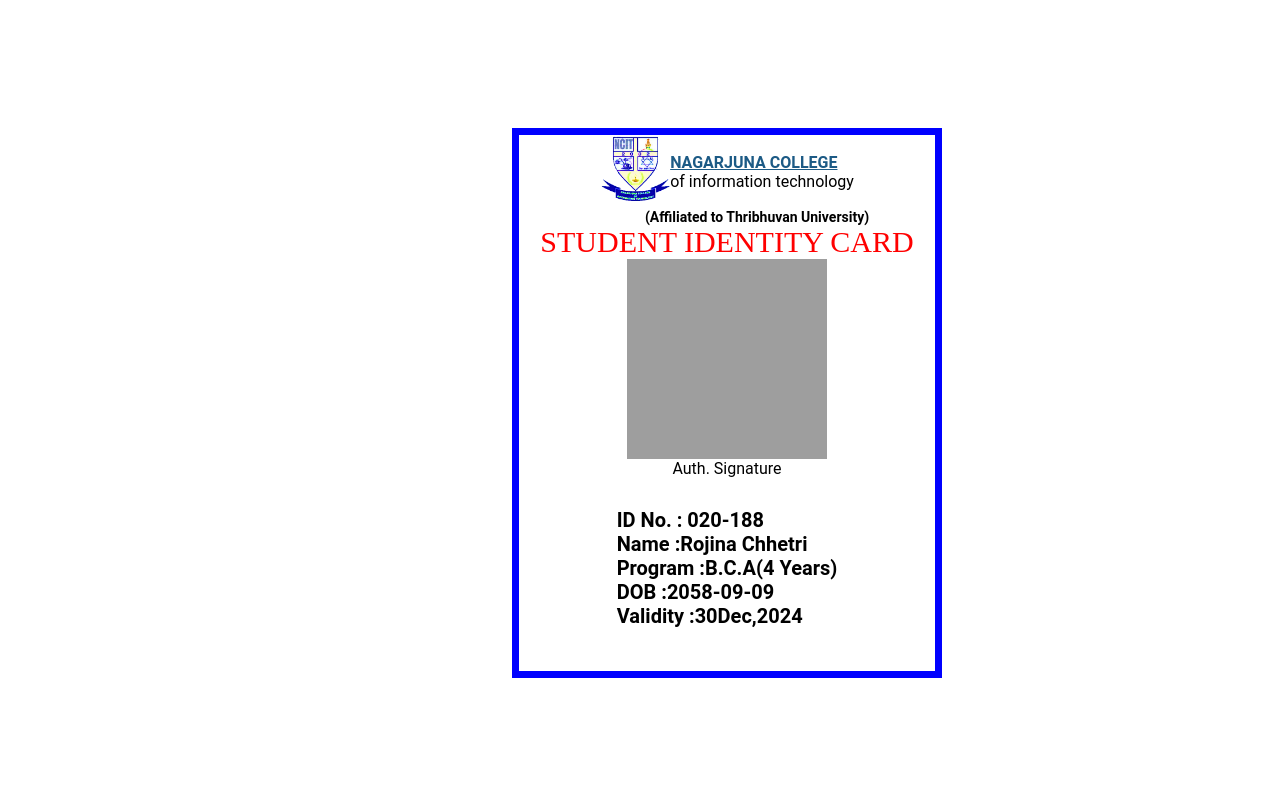
Repository: Rojinachhetri/roji
Page: rojina.html
An editor plug-in stored every save of this project. The page is shown before and after the next save, followed by the edit.
The browser window is 1280 px wide. The pictures show the whole page.
Pictures or frames that could not be fetched are drawn as grey boxes.

Above is the page before, as saved 2023-04-24 22:33:10.

### rojina.html
<!DOCTYPE html>
<html lang="en">

<head>
    <meta charset="UTF-8">
    <meta http-equiv="X-UA-Compatible" content="IE=edge">
    <meta name="viewport" content="width=device-width, initial-scale=1.0">
    <title>Nagrajuna college</title>
    <link rel="stylesheet" href="rojina.css">
</head>

<body>
    <div class="container">
        <div class="hero">
            <div class="logo">
                <img src="logo1.png" alt="logo" height="70px" width="70px">

            </div>
            <div class="container_text">
                <div class="name">NAGARJUNA COLLEGE</div>
                <div class="class1">of information technology</div>
            </div>
        </div>
        <div class="header">(Affiliated to Thribhuvan University)
        </div>
        <div class="student">STUDENT IDENTITY CARD</div>
        <div class="hero1">
            <img src="./rojinaa.jpg" alt="picture" height="200px" width="200px">
            <div>Auth. Signature</div>
        </div>
        <div class="id">
            <div>ID No. : 020-188</div>
            <div>Name :Rojina Chhetri</div>
            <div>Program :B.C.A(4 Years)</div>
            <div>DOB :2058-09-09</div>
            <div>Validity :30Dec,2024</div>
        </div>

    </div>


</body>

</html>

### rojina.css
    * {
        box-sizing: border-box;
        padding: 0px;
        margin: 0px;
        font-family: RobotO, sans-serif
    }

    .container {
        width: 430px;
        height: 550px;
        background-color: white;
        border: 7px solid blue;
        display: flex;
        flex-direction: column;
        align-items: center;
        margin: 10% 40% 10% 40%;
    }

    .hero {
        display: flex;
        flex-direction: row;
        align-items: center;
    }

    .container_text .name {
        text-decoration: underline;
        color: #1c5a85;
        font-weight: bolder;
    }

    .header {
        font-size: 14px;
        font-weight: bold;
        margin-left: 60px;
    }

    .hero1 {
        display: flex;
        flex-direction: column;
        align-items: center;
    }

    .student {
        font-size: 30px;
        font-weight: 500;
        font-family: 'Times New Roman', Times, serif;
        color: red;
    }

    .id {
        font-size: 20px;
        margin-top: 30px;
        font-weight: bold;
    }

After the next save:
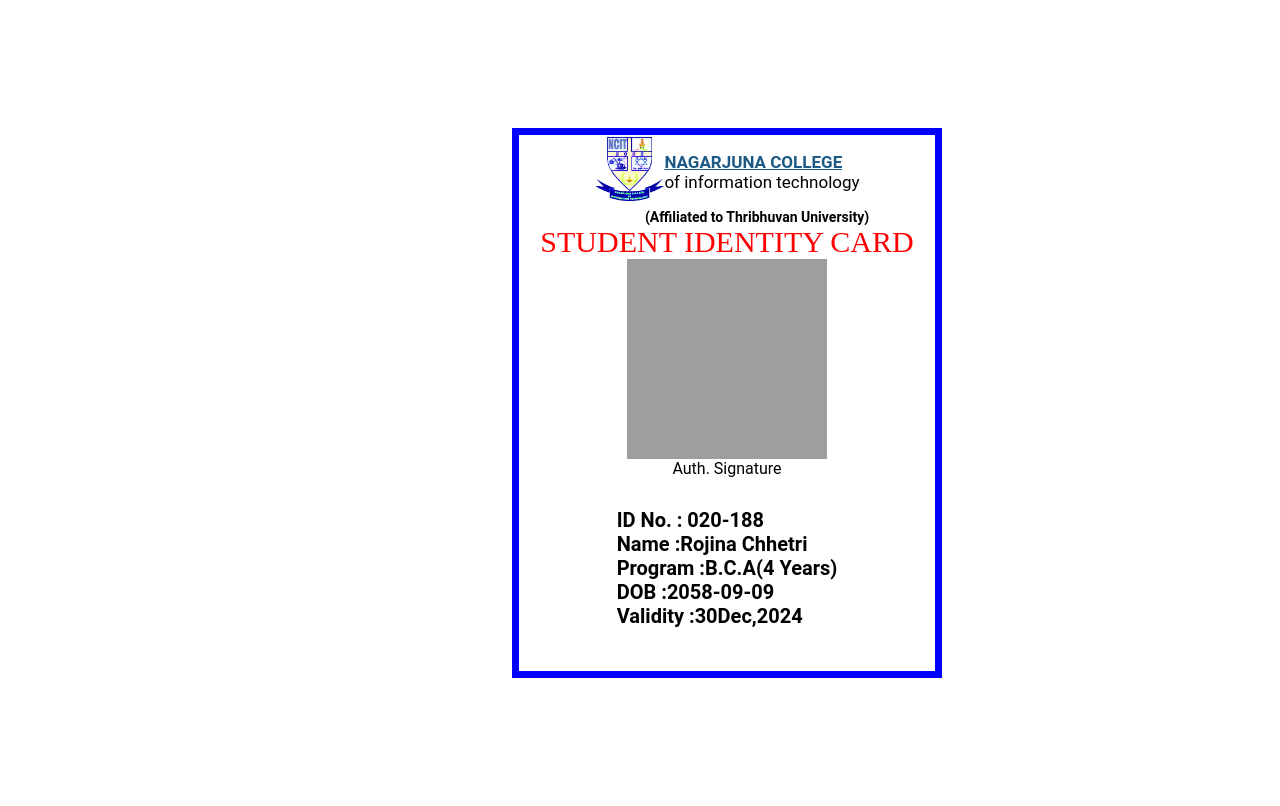
Saved 6 min 6 s later.
--- a/rojina.css
+++ b/rojina.css
@@ -20,6 +20,10 @@
         display: flex;
         flex-direction: row;
         align-items: center;
+    }
+
+    .container_text {
+        font-size: 17px;
     }
 
     .container_text .name {
